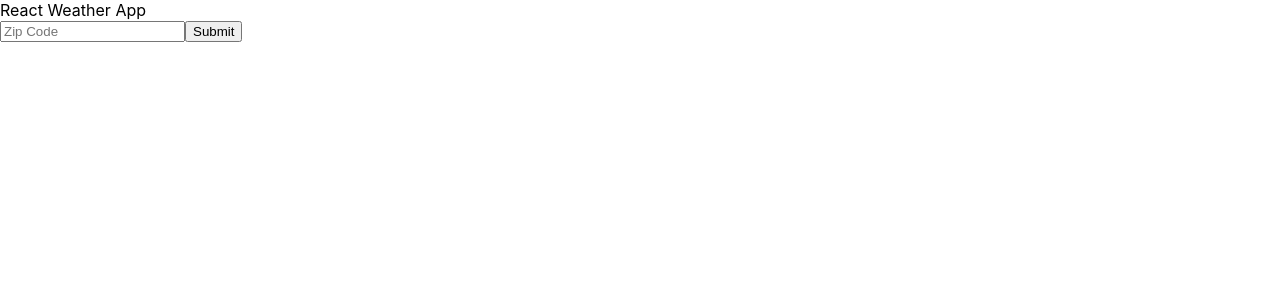
Repository: ellier7/weather-app
Page: /
An editor plug-in stored every save of this project. The page is shown before and after the next save, followed by the edit.
The browser window is 1280 px wide. The pictures show the whole page.
The project was rebuilt for these pictures with package versions that can differ from the ones it lists, and the page was loaded fresh each time. Also part of the build but not shown: src/App.css.

Above is the page before, as saved 2021-12-30 15:01:51.

### src/App.tsx
import React from "react";
import "./App.css";
import ZipCode from "./components/ZipCode";

function App() {
  return (
    <div className="App">
      <header className="App-header">React Weather App</header>
      <ZipCode />
    </div>
  );
}

export default App;

### src/components/ZipCode.tsx
import React, { FormEvent, useState } from "react";
import { getZip } from "../api";

function ZipCode() {
  const [zip, setZip] = useState("");

  function handleSubmit(e: FormEvent<HTMLFormElement>) {
    e.preventDefault();
    console.log(zip);
    //   getZip(e.currentTarget);
  }
  return (
    <>
      <form onSubmit={handleSubmit}>
        <input
          type="number"
          placeholder="Zip Code"
          value={zip}
          onChange={(e) => setZip(e.target.value)}
        />
        <button type="submit">Submit</button>
      </form>
      {zip}
    </>
  );
}

export default ZipCode;

### src/api.tsx
export const getZip = (zip: number) => {
  return zip;
};

Loaded but not shown: public/index.html (common file); src/index.tsx (common file); src/index.css (common file)

After the next save:
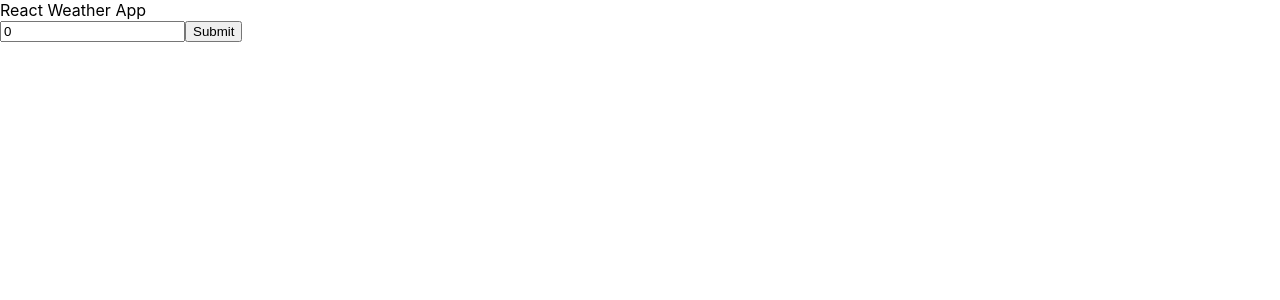
Saved 5 min 48 s later.
--- a/src/components/ZipCode.tsx
+++ b/src/components/ZipCode.tsx
@@ -2,12 +2,11 @@
 import { getZip } from "../api";
 
 function ZipCode() {
-  const [zip, setZip] = useState("");
+  const [zip, setZip] = useState(0);
 
   function handleSubmit(e: FormEvent<HTMLFormElement>) {
     e.preventDefault();
-    console.log(zip);
-    //   getZip(e.currentTarget);
+    getZip(zip);
   }
   return (
     <>
@@ -16,11 +15,10 @@
           type="number"
           placeholder="Zip Code"
           value={zip}
-          onChange={(e) => setZip(e.target.value)}
+          onChange={(e) => setZip(e.target.value as any)}
         />
         <button type="submit">Submit</button>
       </form>
-      {zip}
     </>
   );
 }

After the 2 saves that followed:
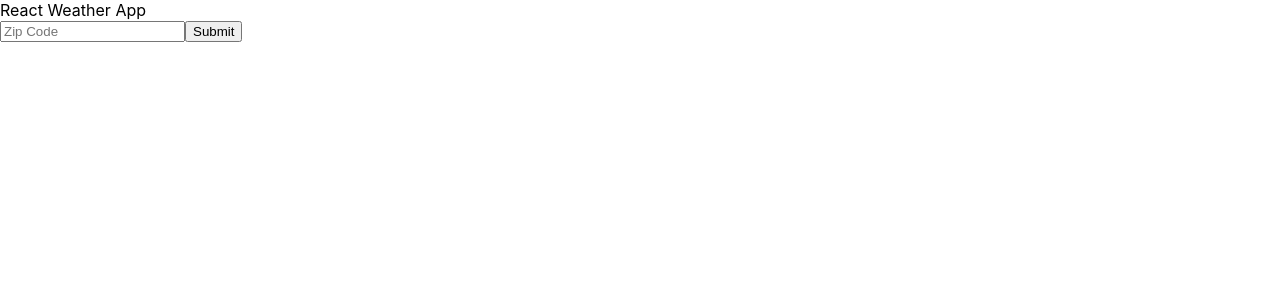
The 2 saves are shown as one change because 1 left the picture as it was.
The last was saved 85 s later.
--- a/src/components/ZipCode.tsx
+++ b/src/components/ZipCode.tsx
@@ -2,7 +2,7 @@
 import { getZip } from "../api";
 
 function ZipCode() {
-  const [zip, setZip] = useState(0);
+  const [zip, setZip] = useState<number>(0);
 
   function handleSubmit(e: FormEvent<HTMLFormElement>) {
     e.preventDefault();
@@ -14,7 +14,6 @@
         <input
           type="number"
           placeholder="Zip Code"
-          value={zip}
           onChange={(e) => setZip(e.target.value as any)}
         />
         <button type="submit">Submit</button>
--- a/src/api.tsx
+++ b/src/api.tsx
@@ -1,3 +1,4 @@
 export const getZip = (zip: number) => {
+  console.log("ZIP!", zip);
   return zip;
 };
